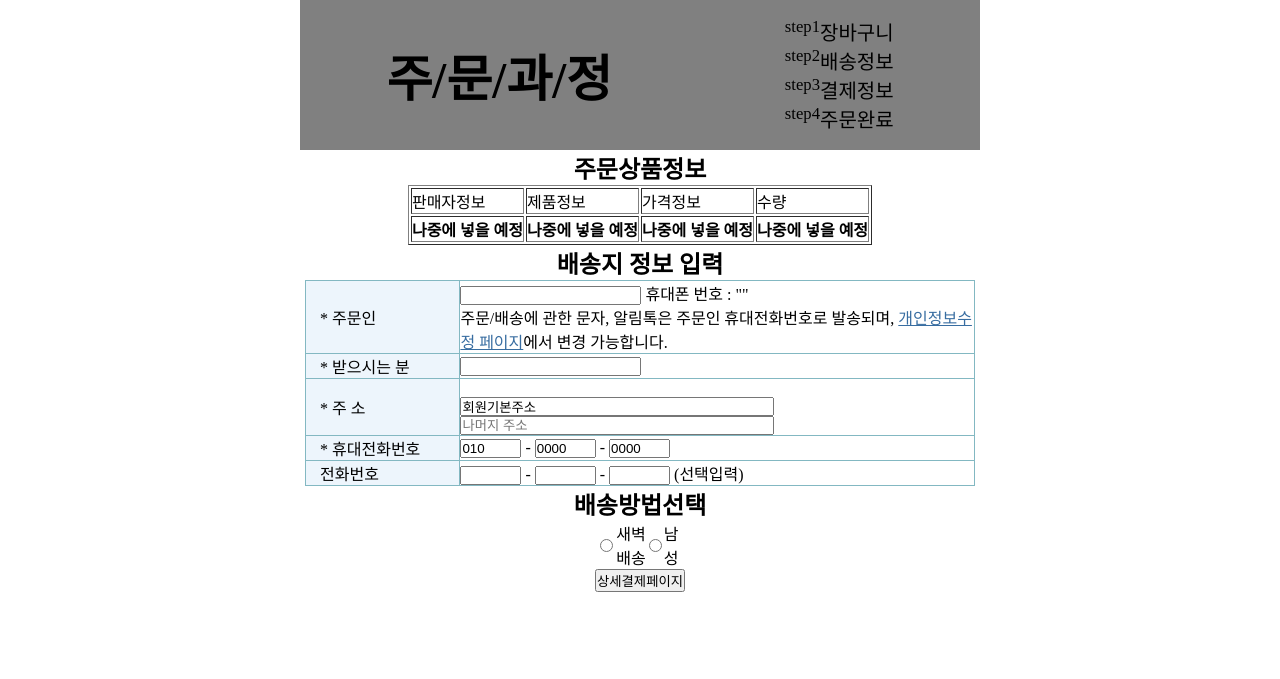
Repository: kym-1000/book
Page: http://localhost/book/WEB-INF/views/cart/ShippingInformation.jsp
These files come from the project's save history. The page is drawn as it stood at one moment and after the next save; the edit follows.
The browser window is 1280 px wide. The pictures show the whole page.
The page is served by Tomcat 9. Nobody is signed in. Other server files are loaded and not shown. The template is opened directly, without the code that normally fills it, so the values that code supplies are empty.

Above is the page before, as saved 2023-01-03 07:17:03.

### book/book/src/main/webapp/WEB-INF/views/cart/ShippingInformation.jsp
<%@ page language="java" contentType="text/html; charset=UTF-8"
    pageEncoding="UTF-8"%>
<%@ taglib uri="http://java.sun.com/jsp/jstl/core" prefix="c" %>

<!DOCTYPE html>
<html>
<head>
<meta charset="UTF-8">
<title>Insert title here</title>
<style type="text/css">


	*{
		margin: auto;
		padding: 0;
		}

	#productinfo{
		margin-left: 150px;
		margin-right: 150px;
		display : flex;
		align-items : center;
		}

	#DefaultAddr{
		margin-left: 150px;
		margin-right: 150px;
		display : flex;
		align-items : center;
		}

	#productprice{
		margin-left: 600px;
		margin-right: 600px;
		display : flex;
		align-items : center;
		border: 1 solid;
		text-align: center;
	}

	#btn{
		text-align: center;
		align-items : center;
		display : flex;
	}



</style>
</head>
<body>


<jsp:include page="../cart/cartheader.jsp"></jsp:include>

		<h2 style="text-align: center;">
			주문상품정보
		</h2>

	<div id="productinfo">
		<table border="1">
			<tr>
				<td>판매자정보</td>
				<td>제품정보</td>
				<td>가격정보</td>
				<td>수량</td>
			</tr>
			<tr>
				<th>나중에 넣을 예정</td>
				<th>나중에 넣을 예정</td>
				<th>나중에 넣을 예정</td>
				<th>나중에 넣을 예정</td>
			</tr>
		</table>
	</div>

	<h2 style="text-align: center;">배송지 정보 입력</h2>

	<form action="/cart/pay?mn=1" method="post">

		<div id="DefaultAddr">
			<table id="Table1" cellspacing="1" cellpadding="3" width="670" bgcolor="#83b8c2" border="0" align="center">
				<tbody>
				<tr>
					<td  bgcolor="#edf5fc" style="padding-left:14px; text-align: left; width: 23%"><span class="warning">* </span>주문인</td>
					<td bgcolor="#ffffff">
						<input type="text" name="OrdererName" class="form" value="${mvo.mem_id}" maxlength="20">

						 휴대폰 번호 : "${mvo.mem_cell_num}" <br>주문/배송에 관한 문자, 알림톡은 주문인 휴대전화번호로 발송되며,  <a style="color:#386da1" href="#" target="_blank">개인정보수정 페이지</a>에서 변경 가능합니다.

					</td>
				</tr>
				<tr>
					<td bgcolor="#edf5fc" style="padding-left:14px; text-align: left; width: 23%"><span class="warning">* </span>받으시는 분</td>
					<td bgcolor="#ffffff"><input class="form" type="text" maxlength="20" value="${mvo.mem_id}" name="ReceiverName">

					</td>
				</tr>

				<tr>
					<td bgcolor="#edf5fc" style="padding-left:14px; text-align: left; width: 23%"><span class="warning">*</span>
						주 소</td>
					<td bgcolor="#ffffff">

							<br>
							<input type="text" id="Address1" name="Address1" class="form" style="width:310px" maxlength="50" readonly="readonly" value="회원기본주소">
							<br>
							<input type="text" id="Address2" name="Address2" class="form" style="width:310px" maxlength="100" value="" placeholder="나머지 주소">

					</td>
				</tr>
				<tr>
					<td bgcolor="#edf5fc" style="padding-left:14px; text-align: left; width: 23%"><span class="warning">* </span>휴대전화번호</td>
					<td bgcolor="#ffffff">
					<input class="form" type="text" maxlength="4" size="5" name="Hp1" value="010"> -
					 <input class="form" type="text" maxlength="4" size="5" name="Hp2" value="0000"> -
					  <input class="form" type="text" maxlength="4" size="5" name="Hp3" value="0000">


					</td>
				</tr>
				<tr>
					<td bgcolor="#edf5fc" style="padding-left:14px; text-align: left; width: 23%">
						전화번호</td>
					<td bgcolor="#ffffff">
					<input class="form" type="text" maxlength="4" size="5" name="Tel1" value=""> -
					 <input class="form" type="text" maxlength="4" size="5" name="Tel2" value=""> -
					  <input class="form" type="text" maxlength="4" size="5" name="Tel3" value=""> (선택입력)</td>
				</tr>
				</tbody></table>
		</div>

		<h2 style="text-align: center;">배송방법선택</h2>

		<div id="productprice" style="text-align: center;">
				<input type='radio'
				       name='gender'
				       value='2000원'
				       onclick='getGender(event)'/>새벽배송
				<input type='radio'
				       name='gender'
				       value='male'
				       onclick='getGender(event)'/>남성
				<div id='result'></div>

		</div>

		<button type="submit" id="btn" >상세결제페이지</button>

		</form>



</body>
</html>

### book/book/src/main/webapp/WEB-INF/views/cart/cartheader.jsp
<%@ page language="java" contentType="text/html; charset=UTF-8"
    pageEncoding="UTF-8"%>
<%@ taglib uri="http://java.sun.com/jsp/jstl/core" prefix="c" %>
<!DOCTYPE html>
<html>
<head>
<meta charset="UTF-8">
<title>Insert title here</title>
<style type="text/css">

	#pagetop{
		margin-left: 300px;
		margin-right: 300px;
	    background-color: grey;
	    font-size: 20px;
		height: 150px;
		display : flex;
	  	/* justify-content : center; */
	  	align-items : center;
	}

</style>
</head>
<body>

	<div id="pagetop">
		<h2 style="text-align: left; font-size: 50px">
			주/문/과/정
		</h2>
		<div style="text-align: right;">

		<c:choose >
		<c:when test="${msg eq 1}">
		<div style="color: red">
		<sup>step1</sup>장바구니
		</div>
		</c:when>
		<c:otherwise>
		<div>
		<sup>step1</sup>장바구니
		</div>
		</c:otherwise>
		</c:choose>

		<c:choose>
		<c:when test="${msg eq 2}">
		<div style="color: red">
		<sup>step2</sup>배송정보
		</div>
		</c:when>
		<c:otherwise>
		<div>
		<sup>step2</sup>배송정보
		</div>
		</c:otherwise>
		</c:choose>

		<c:choose>
		<c:when test="${msg eq 3}">
		<div style="color: red">
		<sup>step3</sup>결제정보
		</div>
		</c:when>
		<c:otherwise>
		<div>
		<sup>step3</sup>결제정보
		</div>
		</c:otherwise>
		</c:choose>

		<c:choose>
		<c:when test="${msg eq 4}">
		<div style="color: red">
		<sup>step4</sup>주문완료
		</div>
		</c:when>
		<c:otherwise>
		<div>
		<sup>step4</sup>주문완료
		</div>
		</c:otherwise>
		</c:choose>

		</div>
	</div>

</body>
</html>

After the next save:
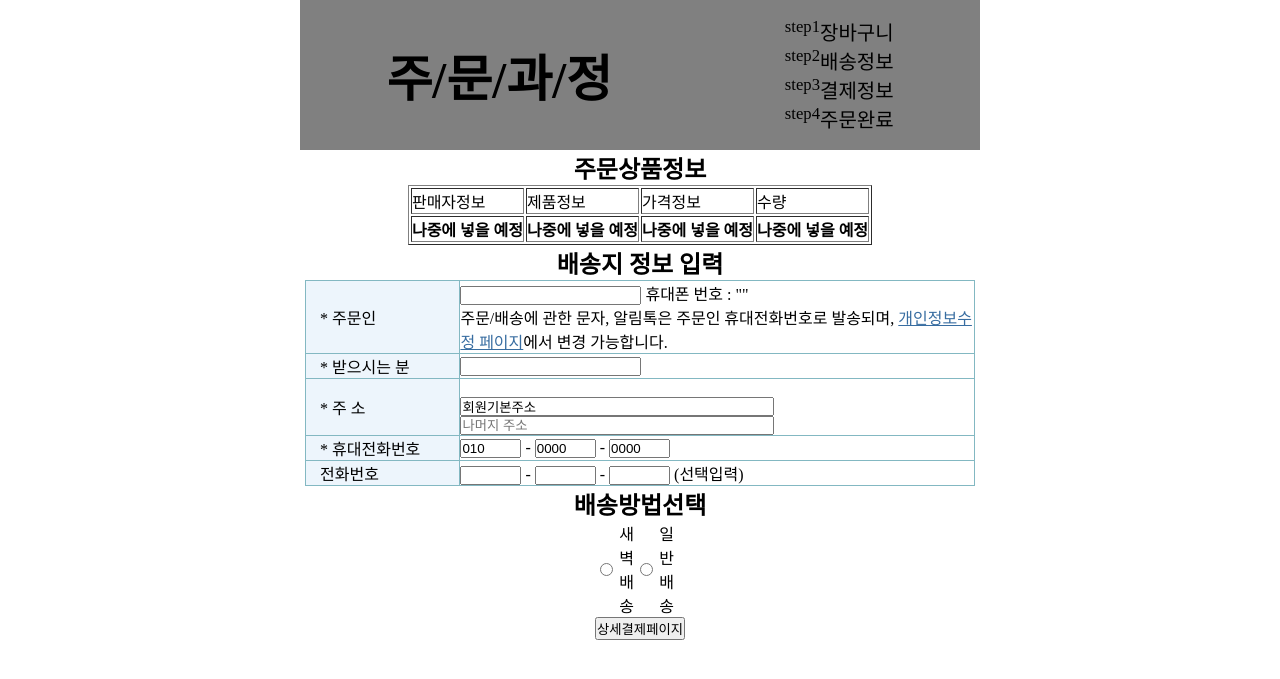
Saved 15 s later.
--- a/book/book/src/main/webapp/WEB-INF/views/cart/ShippingInformation.jsp
+++ b/book/book/src/main/webapp/WEB-INF/views/cart/ShippingInformation.jsp
@@ -135,12 +135,12 @@
 		<div id="productprice" style="text-align: center;">
 				<input type='radio'
 				       name='gender'
-				       value='2000원'
+				       value='2000'
 				       onclick='getGender(event)'/>새벽배송
 				<input type='radio'
 				       name='gender'
-				       value='male'
-				       onclick='getGender(event)'/>남성
+				       value='0'
+				       onclick='getGender(event)'/>일반배송
 				<div id='result'></div>
 
 		</div>
